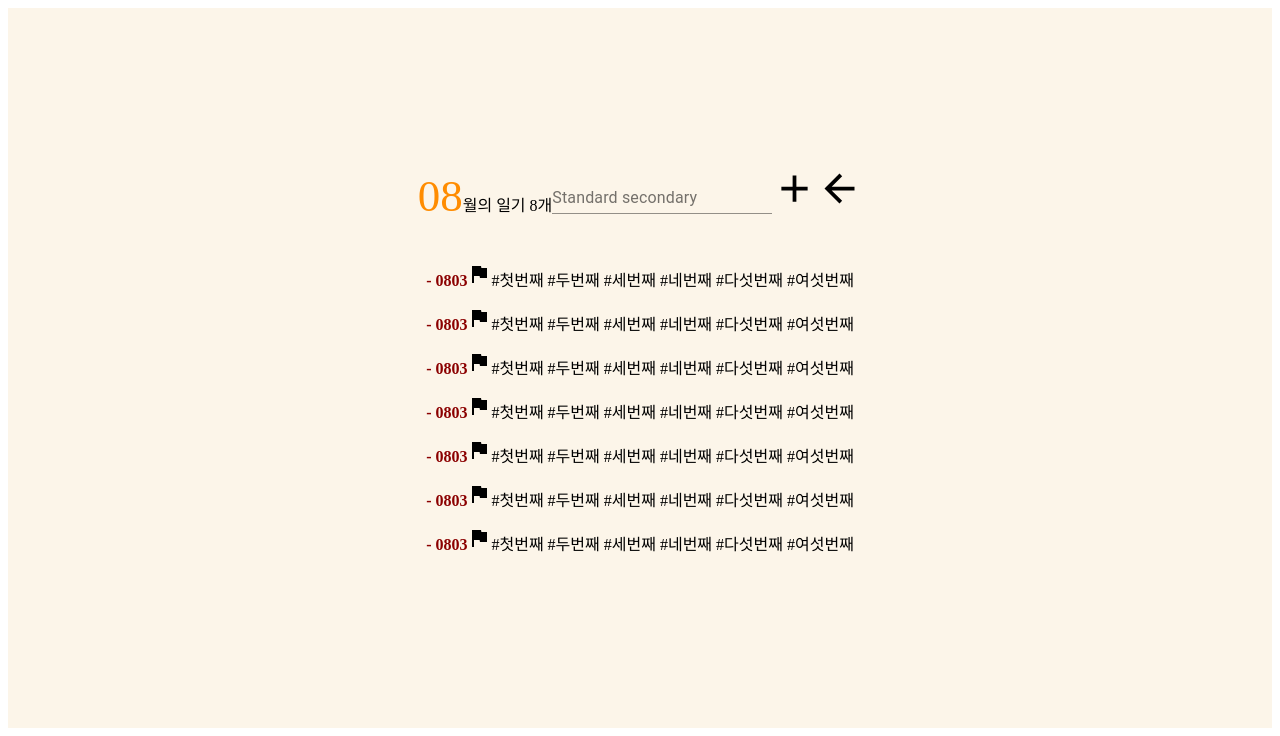
Repository: IMHANA/diary
Page: /list
These files come from the project's save history. The page is drawn as it stood at one moment and after the next save; the edit follows.
The browser window is 1280 px wide. The pictures show the whole page.
The project was rebuilt for these pictures with package versions that can differ from the ones it lists, and the page was loaded fresh each time. Also part of the build but not shown: src/App.css, src/pages/Main/main.js, src/pages/Month/month.js.

Above is the page before, as saved 2021-08-05 17:40:07.

After the next save:
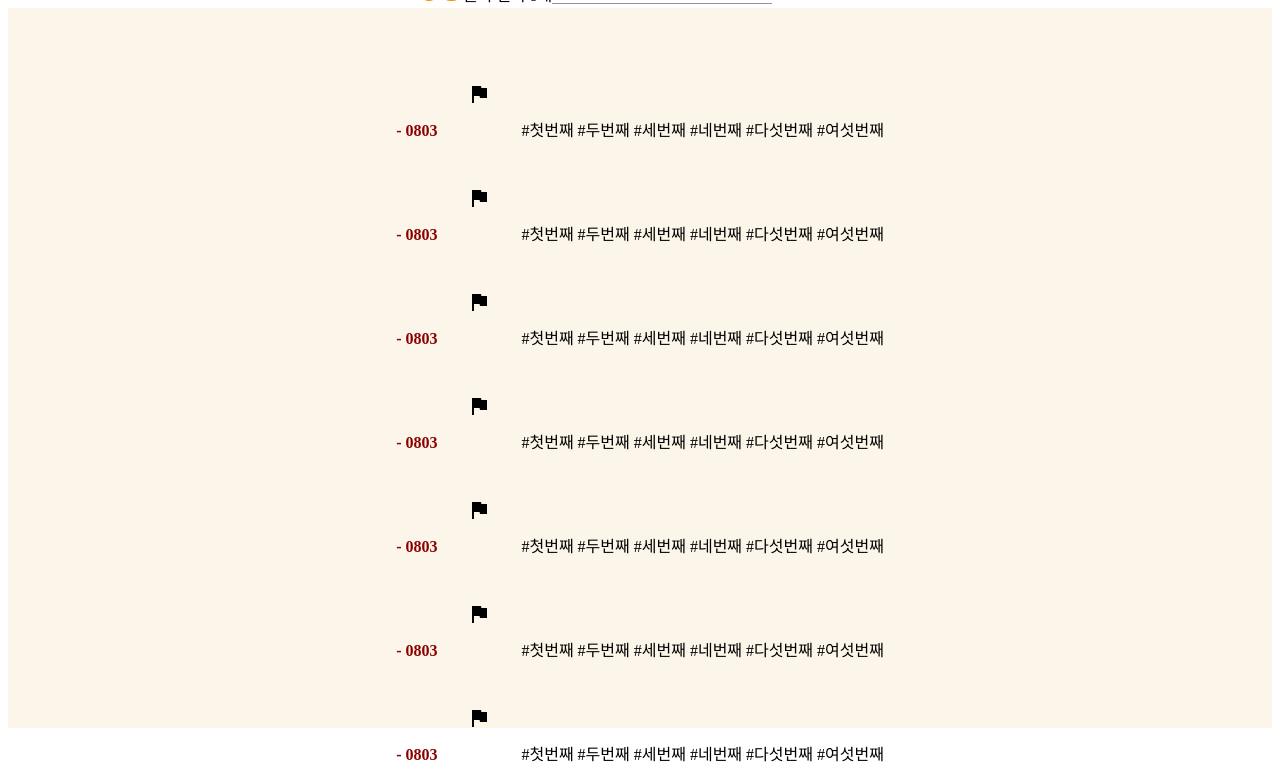
Saved 10 s later.
--- a/src/pages/DayList/dayList.css
+++ b/src/pages/DayList/dayList.css
@@ -25,8 +25,8 @@
 .list_box {
     margin-bottom: 15px;
 }
-span {
-    /* padding: 30px; */
+.icon {
+    padding: 30px;
 }
 
 .date {
